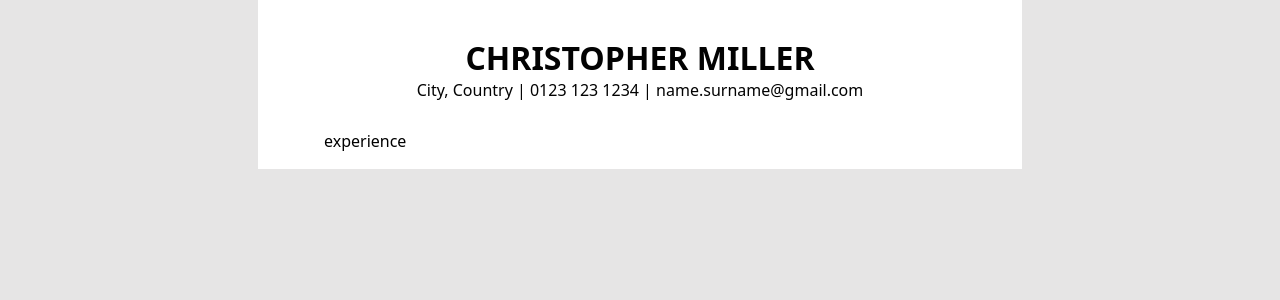
Repository: lannguyen1301/f8-zoom-day-4
Page: cv.html
These files come from the project's save history. The page is drawn as it stood at one moment and after the next save; the edit follows.
The browser window is 1280 px wide. The pictures show the whole page.

Above is the page before, as saved 2025-04-17 23:15:59.

After the next save:
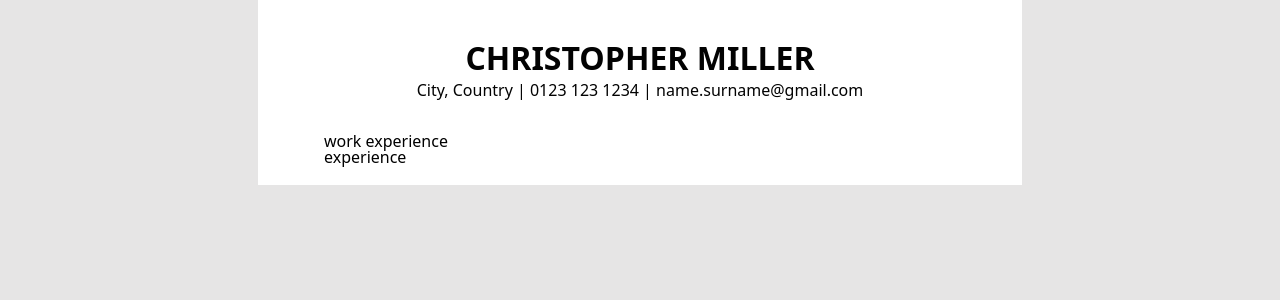
Saved 4 s later.
--- a/cv.html
+++ b/cv.html
@@ -18,7 +18,7 @@
             </p>
         </div>
         <div class="experience">
-            <h2 class="work-"></h2>
+            <h2 class="work-">work experience</h2>
         </div>experience
     </div>
 </body>
